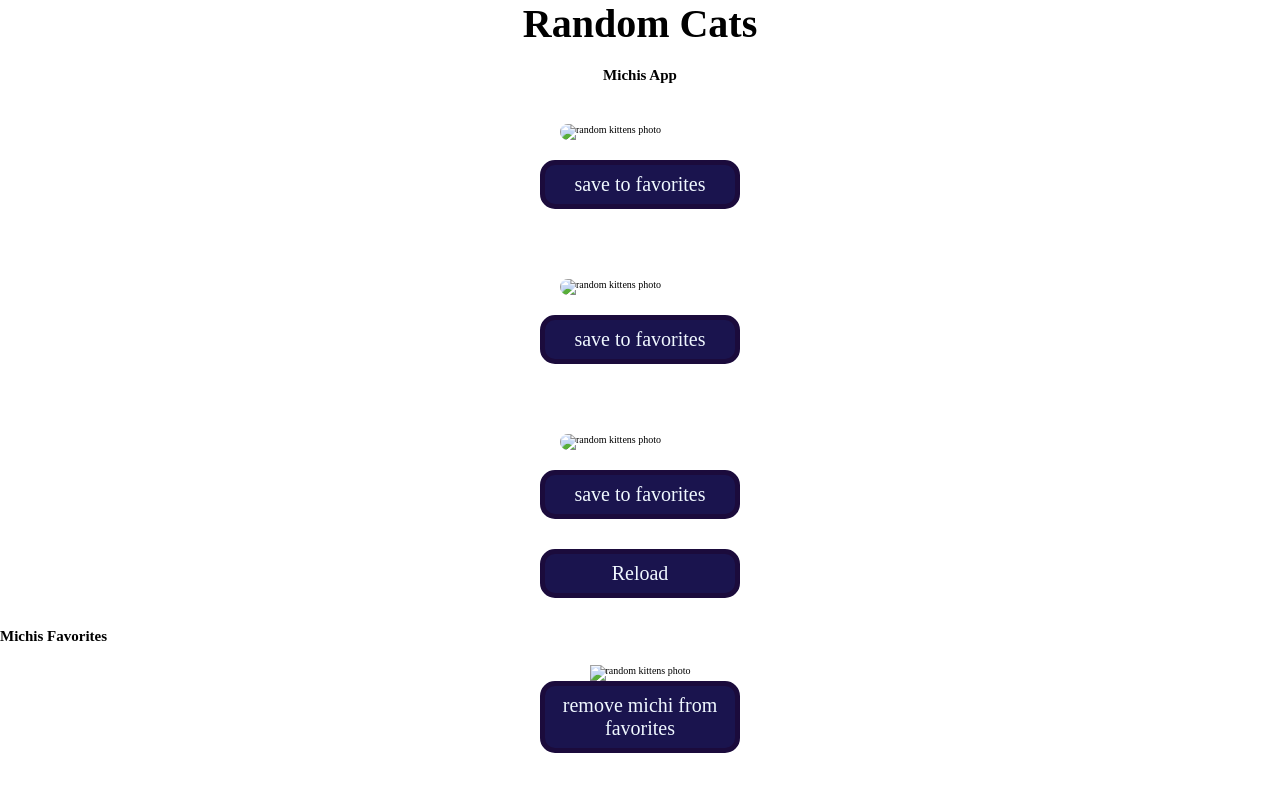
Repository: elto82/ConsumoAPIRESTjs
Page: index.html
The author's editor kept a copy of each file at every save. The page is drawn from the files as they stood at one save, then again after the next save.
The browser window is 1280 px wide. The pictures show the whole page.
The page's requests for data from a server got no answer.

Above is the page before, as saved 2022-07-02 20:59:45.

### index.html
<!DOCTYPE html>
<html lang="en">

<head>
  <meta charset="UTF-8">
  <meta http-equiv="X-UA-Compatible" content="IE=edge">
  <meta name="viewport" content="width=device-width, initial-scale=1.0">
  <title>Random Cats</title>
  <link rel="stylesheet" href="style.css">
</head>

<body>
  <header>
    <h1>Random Cats</h1>
  </header>
  <section id="randomMichis" class="container">
    <h2>Michis App</h2>
    <article>
      <img id="img1" alt="random kittens photo" class="image">
      <button class="random-cat-button" onclick="reload()">save to favorites</button>
    </article>
    <article>
      <img id="img2" alt="random kittens photo" class="image">
      <button class="random-cat-button" onclick="reload()">save to favorites</button>
    </article>
    <article>
      <img id="img3" alt="random kittens photo" class="image">
      <button class="random-cat-button" onclick="reload()">save to favorites</button>
    </article>
    <button class="random-cat-button" onclick="loadRandomMichis()">Reload</button>
  </section>
  <section id="favoritesMichis">
    <h2>Michis Favorites</h2>
    <article>
      <img id="img3" alt="random kittens photo" class="image">
      <button class="random-cat-button" onclick="reload()">remove michi from favorites</button>
    </article>
  </section>
  <script src="./main.js"></script>
</body>

</html>

### style.css
* {
  box-sizing: border-box;
  margin: 0px;
  padding: 0px;
}
html {
  font-size: 62.5%;
}
body {
  font-family: 'Square Peg', cursive;
}
header {
  display: flex;
  justify-content: center;
}
h1 {
  font-size: 4rem;
}
article{
  display: flex;
  flex-direction: column;
  justify-content: center;
  place-items: center;
  padding: 20px;
}
.container {
  display: flex;
  flex-direction: column;
  justify-content: center;
  place-items: center;
  padding: 20px;
}
.container .image {
  border-radius: 20px;
  margin: 20px;
  width: 80%;
  height: auto;
}
.random-cat-button {
  align-items: center;
  background-color: rgb(26, 20, 78);
  border: 5px solid rgb(27, 11, 60);
  border-radius: 15px;
  color: aliceblue;
  cursor: pointer;
  font-family: 'Pacifico', cursive;
  font-size: 2rem;
  padding: 0.8rem;
  width: 20rem;
  height: auto;
  margin-bottom: 1rem;
}
.random-cat-button:hover {
  border: 5px solid rgb(36, 16, 71);
  background-color: rgb(33, 14, 62);
}

### main.js
/*--------------------------------------------- endpoint
const API_URL = "https://api.thecatapi.com/v1/images/search"; */
/* --------------------------------------------------------query parameters */
const API_URL = "https://api.thecatapi.com/v1/images/search?limit=3&api_key=11fb4c78-96c8-403c-b282-b8c4d38b4b60";

async function loadRandomMichis() {
  const res = await fetch(API_URL);
  const data = await res.json();

  console.log(data);
  const img1 = document.getElementById("img1");
  const img2 = document.getElementById("img2");
  const img3 = document.getElementById("img3");

  img1.src = data[0].url;
  img2.src = data[1].url;
  img3.src = data[2].url;
}
loadRandomMichis();

After the next save:
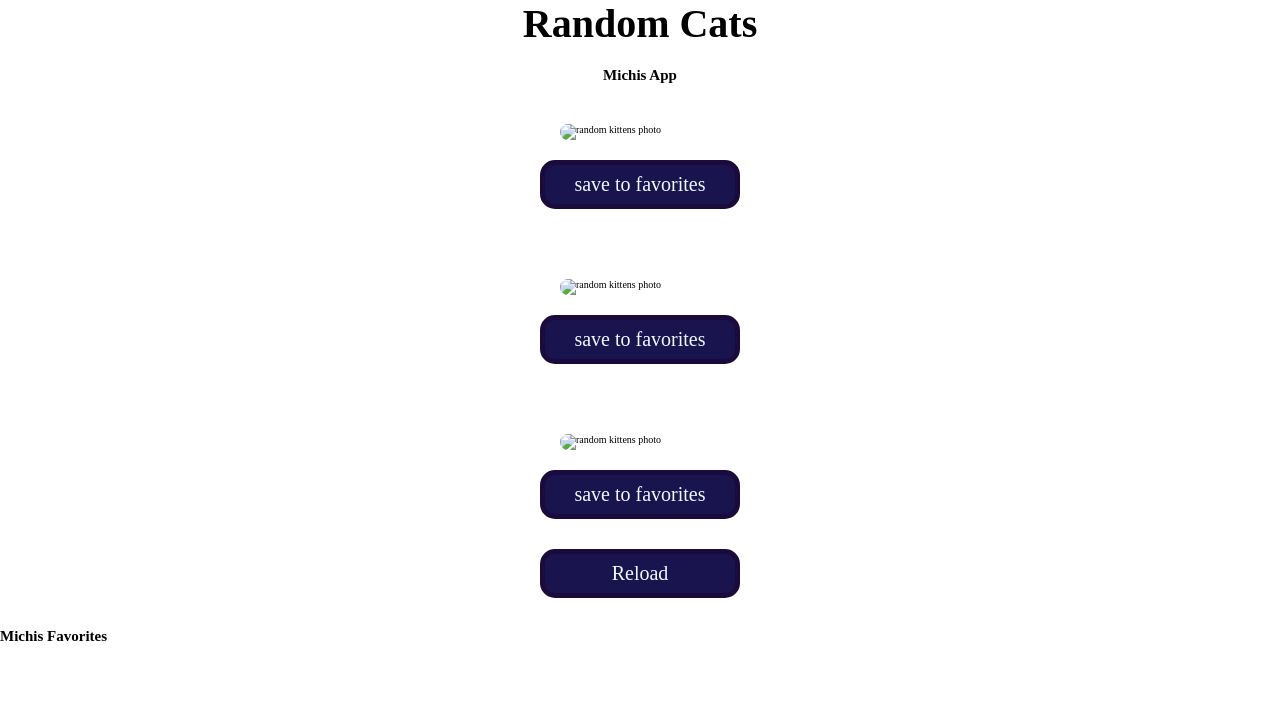
Saved 58 s later.
--- a/index.html
+++ b/index.html
@@ -31,10 +31,7 @@
   </section>
   <section id="favoritesMichis">
     <h2>Michis Favorites</h2>
-    <article>
-      <img id="img3" alt="random kittens photo" class="image">
-      <button class="random-cat-button" onclick="reload()">remove michi from favorites</button>
-    </article>
+
   </section>
   <script src="./main.js"></script>
 </body>
